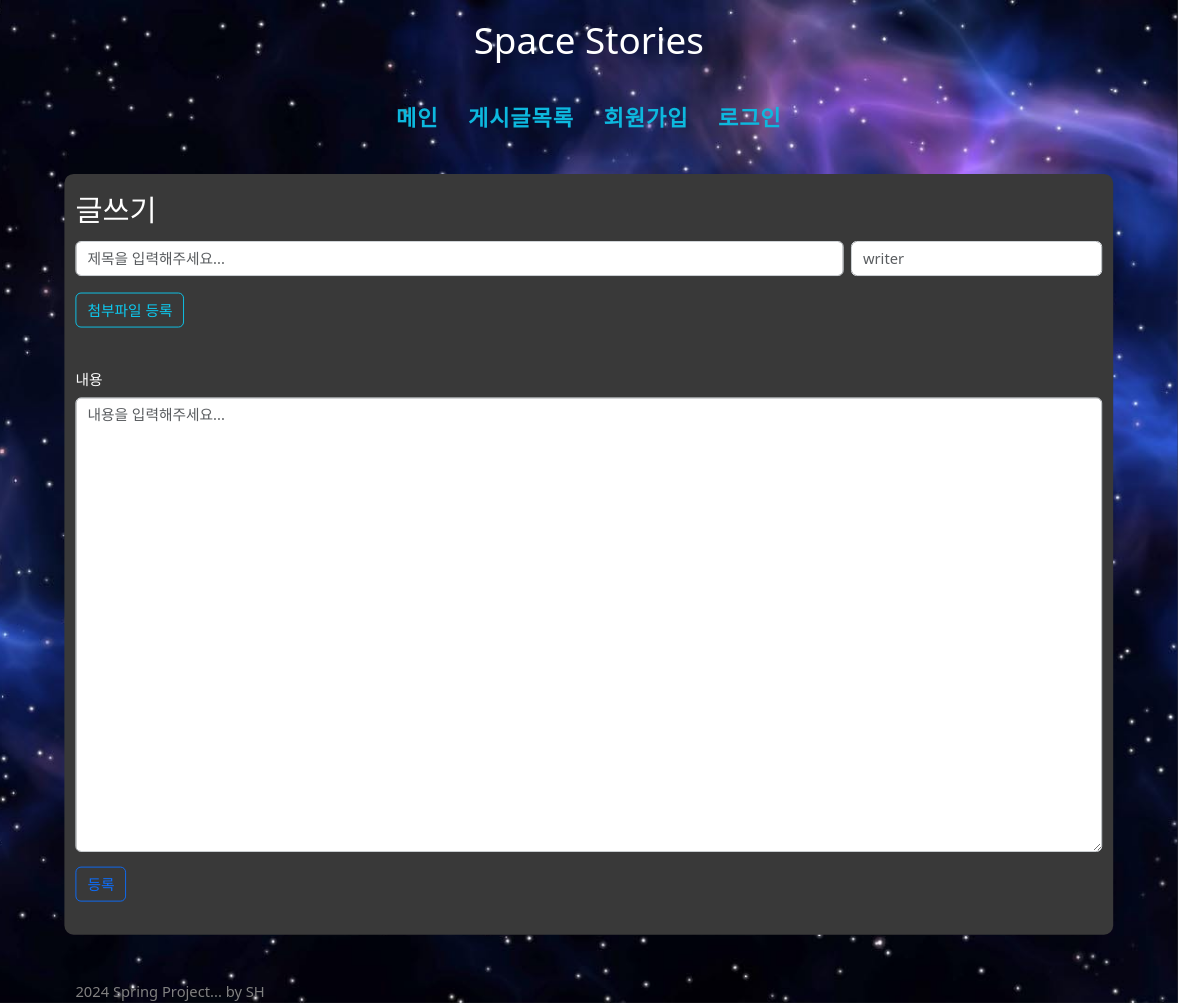
Repository: dtkd19/spring_personal_project
Page: http://localhost/myproject/WEB-INF/views/board/register.jsp
These files come from the project's save history. The page is drawn as it stood at one moment and after the next save; the edit follows.
The browser window is 1280 px wide. The pictures show the whole page, at 92% of full size.
The page is served by Tomcat 9. Nobody is signed in. Other server files are loaded and not shown. The template is opened directly, without the code that normally fills it, so the values that code supplies are empty.

Above is the page before, as saved 2024-11-11 03:19:29.

### myproject/src/main/webapp/WEB-INF/views/board/register.jsp
<%@ page language="java" contentType="text/html; charset=UTF-8"
	pageEncoding="UTF-8"%>
<%@ taglib uri="http://java.sun.com/jsp/jstl/core" prefix="c"%>
<%@ taglib uri="http://www.springframework.org/security/tags"  prefix="sec"%>
<link href="../resources/css/register.css" rel="stylesheet"/>

<jsp:include page="../layout/header.jsp" />

<sec:authentication property="principal.uvo.nickName" var="authNick"/>
<div class="container-md cBox2">
	<h2 style="margin-bottom: 15px">글쓰기</h2>
	<form action="/board/register" method="post" enctype="multipart/form-data">
		<div class="row g-2">
		  <div class="col-sm-9">
		   <input type="text"class="form-control" id="t" name="title" placeholder="제목을 입력해주세요...">
		  </div>
		  <div class="col-sm">
		    <input type="text" class="form-control" id="w" name="writer" placeholder="writer" value="${authNick }" readonly="readonly">
		  </div>
		</div>
		<div class="mb-3">
			<label for="file" class="form-label"></label>
			<input type="file" class="form-control" id="file" name="files" multiple="multiple" style="display:none">
			<div class="fBtn">
			<button type="button" class="btn btn-outline-info" id="trigger">첨부파일 등록</button>
			</div>
			<span id="fileZone"></span>
		</div>
		<div class="mb-3">
		<br>
			<label for="c" class="form-label">내용</label>
			<textarea class="form-control" id="c" rows="20" cols="5" name="content" placeholder="내용을 입력해주세요..."></textarea>
		</div>
		<button type="submit" class="btn btn-outline-primary" id="regBtn">등록</button>
	</form>
</div>

<script type="text/javascript" src="/resources/js/boardRegister.js"></script>

<jsp:include page="../layout/footer.jsp" />

### myproject/src/main/webapp/resources/css/register.css
@charset "UTF-8";

.fBtn{
	margin-top: 10px;
	margin-bottom: 20px;
}
.fileZone{
	border-radius: 15px;
}

.cBox2{
	background-color: #393939;
	padding: 20px;
	padding-left: 50px;
	padding-right: 50px;
	border-radius: 10px;
}

### myproject/src/main/webapp/resources/css/header.css
@charset "UTF-8";

body{
	background-image: url("../image/123123123.jpg");
    background-size: cover;
    background-position: center center;
    background-repeat: no-repeat;

.nbar{
	width : 100%;
	color: #ECF0F5;
}

.nbar a{
	  color: #0DB8DE;
	  text-decoration: none;
	  font-weight: bold;
	  letter-spacing: 1px;
	  transition: color 0.3s ease;
	  margin-top: 10px;
}
.nbar a:hover {
    color: #0098C;
}

.container-md{
	margin-top: 30px;
	color: white;
}

.pj{
	padding: 20px;
	color: white;
}

### myproject/src/main/webapp/resources/js/boardRegister.js
console.log("boardRegister.js.in");

document.getElementById('trigger').addEventListener('click', () => {
    document.getElementById('file').click();
})

// 실행파일에 대한 정규표현식 작성 / 파일 최대 사이즈 20MB
const regExp = new RegExp("\.(exe|jar|msi|dll|sh|bat)$");
const maxSize = 1024*1024*20;

function fileValidation(fileName, fileSize){
    if(regExp.test(fileName)){
        return 0;
    } else if (fileSize > maxSize){
        return 0;
    } else {
        return 1;
    }
}

document.addEventListener('change', (e) => {
    console.log(e.target);
    if(e.target.id == 'file'){ // 파일창에 변화가 생겼다면..
        // type="file" element에 저장된 file 정보를 가져오는 property files
        const fileObj = document.getElementById('file').files;
        console.log(fileObj);

        // 한번 disabled 되면 혼자 false가 될 수 없기때문에 버튼을 원상복구.
        document.getElementById('regBtn').disabled = false;

        // 내가 등록한 파일 정보를 파일 목록으로 추가
        // 등록한 파일이 fileValidation 에 맞지 않으면 register 버튼을 비활성화
        // 파일 목록에 업로드 불가능이라고 추가 빨간색 폰트추가
        let div = document.getElementById('fileZone');
        div.innerHTML = ""; // 새로 추가되는 목록이 있다면 삭제하고 처리

       // 여러개의 첨부파일이 모두 검증을 통과해야만 register 버튼을 활성화
       // isOk = 1 * 리턴이 0이 하나라도 있으면 => 0  (1부터 시작하는 누적 곱)
       let isOk = 1;
       let ul = ` <ul class="list-group list-group-flush">`
        // 개별 파일에 대한 검증 / 결과 표시
        for(let file of fileObj){
            // 개별 파일에 대한 검증 결과 리턴 변수
            let validResult = fileValidation(file.name, file.size)
            isOk *=  validResult;
            ul +=  `<li class="list-group-item">`;
            ul += `<div class="ms-2 me-auto">`;
            ul += `${validResult ? `<div class="fw-bold text-success-emphasis"></div>` : `<div class="fw-bold text-danger-emphasis">업로드 불가능</div>`}`;
            ul += `${file.name}</div>`;
            ul += `<span class="badge text-bg-${validResult ? 'success' : 'danger'} rounded-pill">${file.size}Bytes</span>`
            ul += `</li>`;
        }
       ul += `</ul>`
       div.innerHTML += ul;
        if(isOk == 0){
            // 하나라도 검증을 통과하지 못한 파일이 있다면... 버튼 비활성화
            document.getElementById('regBtn').disabled = true;
        }


    }
})

Loaded but not shown: myproject/src/main/webapp/WEB-INF/views/layout/header.jsp (common file); myproject/src/main/webapp/WEB-INF/views/layout/footer.jsp (common file)

After the next save:
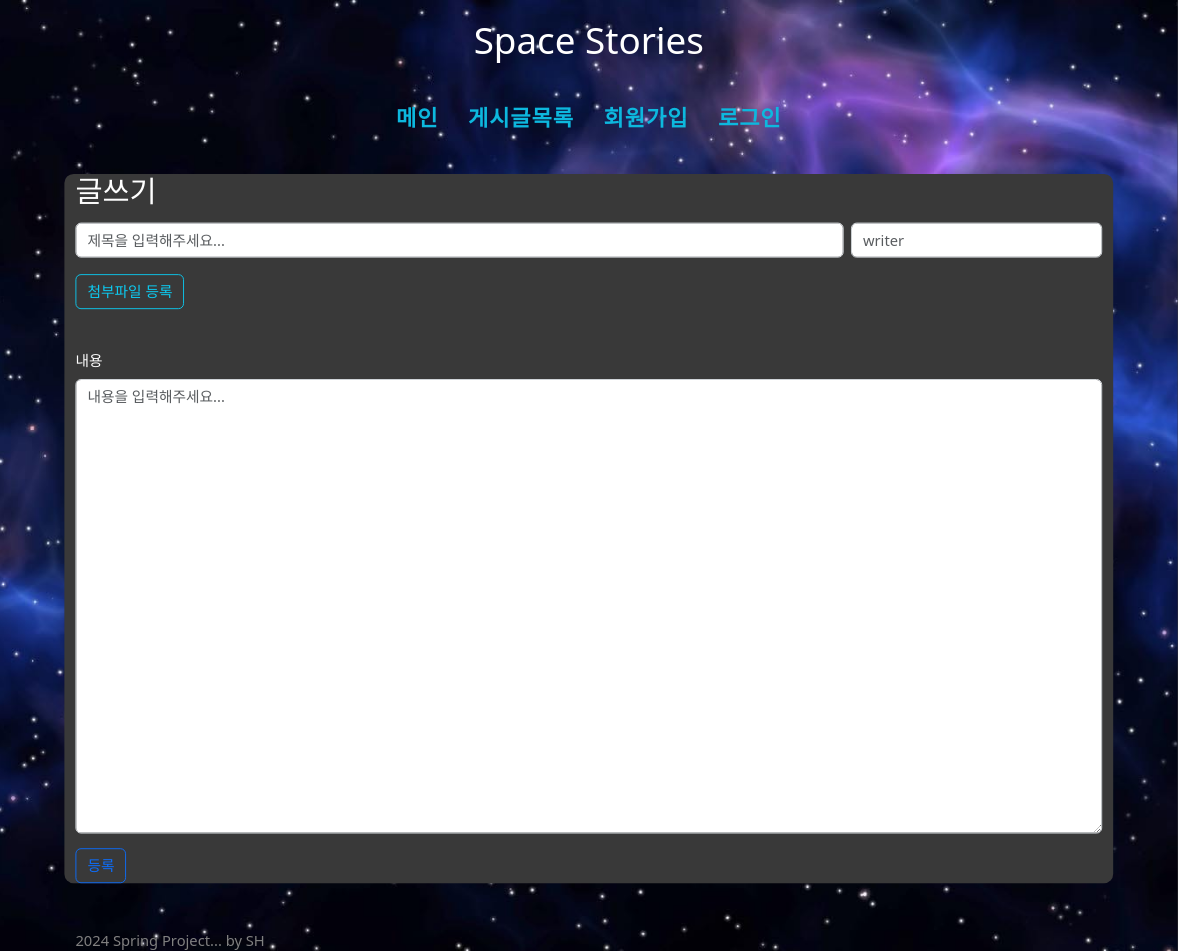
Saved 4 s later.
--- a/myproject/src/main/webapp/resources/css/register.css
+++ b/myproject/src/main/webapp/resources/css/register.css
@@ -10,7 +10,6 @@
 
 .cBox2{
 	background-color: #393939;
-	padding: 20px;
 	padding-left: 50px;
 	padding-right: 50px;
 	border-radius: 10px;

After the save that followed:
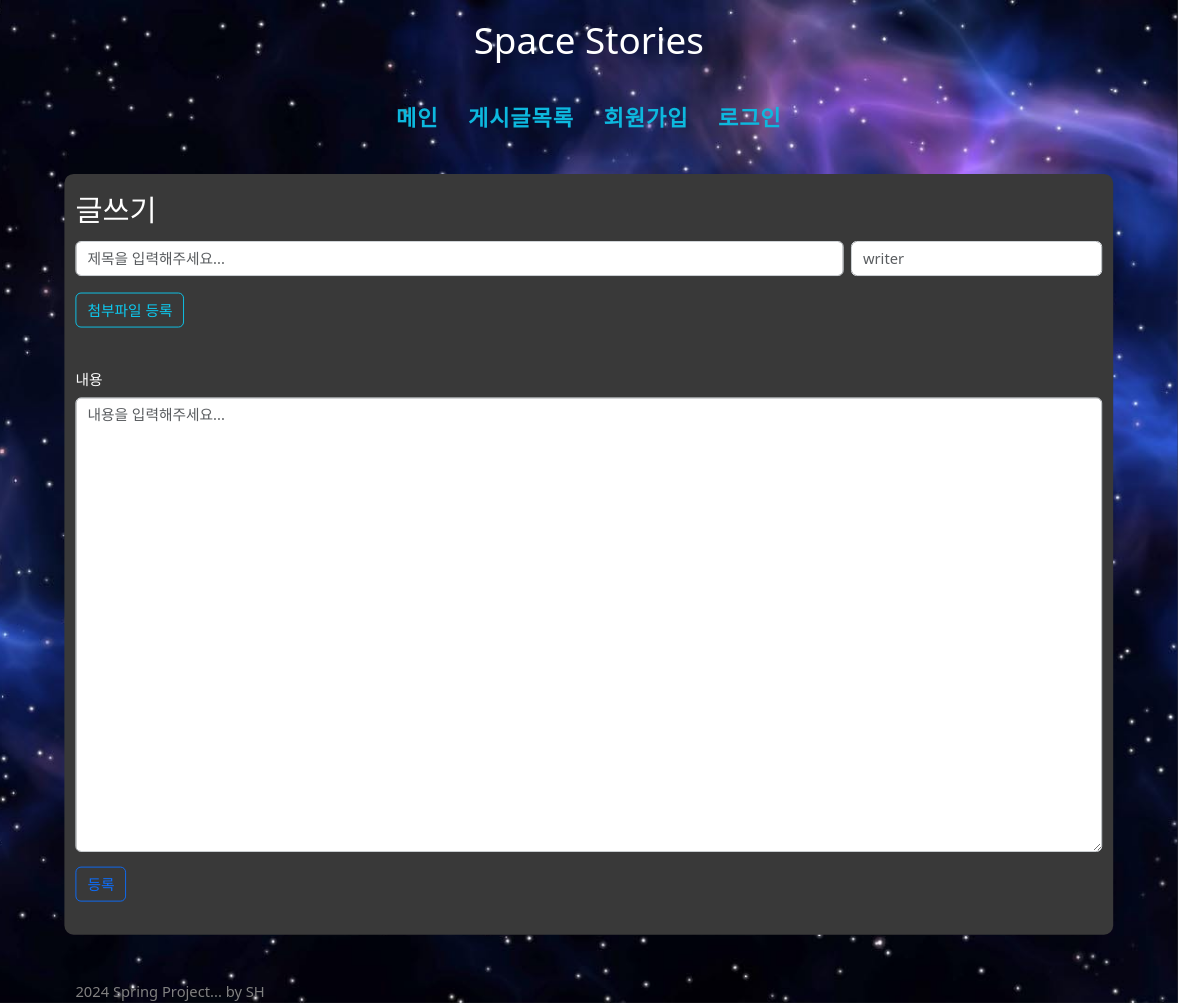
Saved 15 s later.
--- a/myproject/src/main/webapp/resources/css/register.css
+++ b/myproject/src/main/webapp/resources/css/register.css
@@ -10,6 +10,7 @@
 
 .cBox2{
 	background-color: #393939;
+	padding : 20px;
 	padding-left: 50px;
 	padding-right: 50px;
 	border-radius: 10px;
